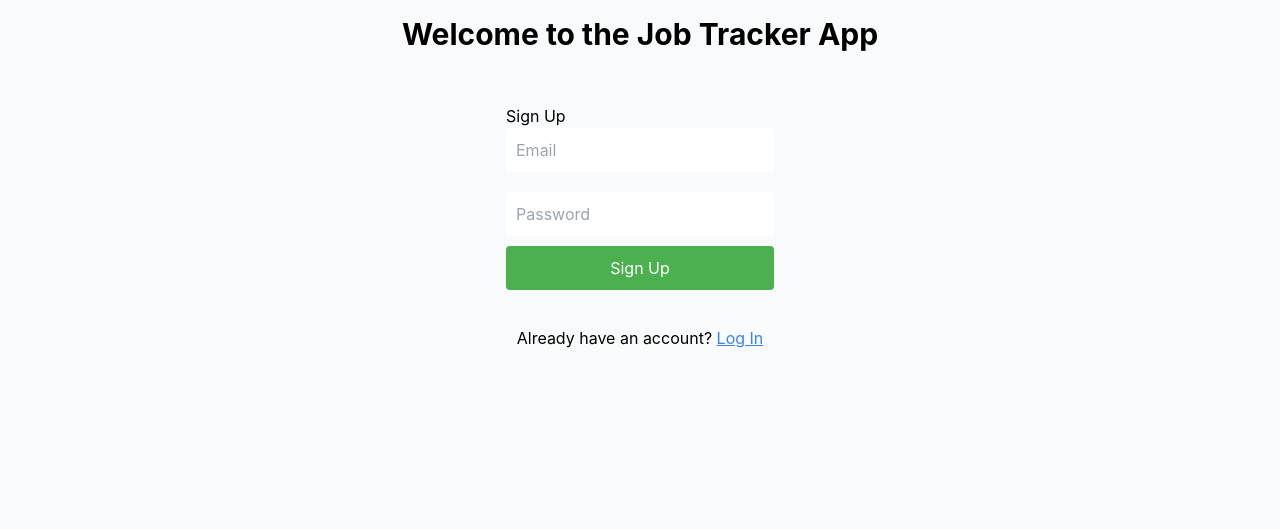
Repository: GowrishankarSMenon/jobTracker
Page: /login (app in job-tracker/client/), after clicking the first element matching `button.text-blue-500`
The author's editor kept a copy of each file at every save. The page is drawn from the files as they stood at one save, then again after the next save.
The browser window is 1280 px wide. The pictures show the whole page.
Some web libraries are served in a nearby version. The project was rebuilt for these pictures with package versions that can differ from the ones it lists, and the page was loaded fresh each time.

Above is the page before, as saved 2024-12-28 15:33:59.

### job-tracker/client/src/index.js
import React from 'react';
import ReactDOM from 'react-dom/client';
import './index.css';
import App from './App';
import reportWebVitals from './reportWebVitals';
import {BrowserRouter} from 'react-router-dom';

const root = ReactDOM.createRoot(document.getElementById('root'));
root.render(
  <BrowserRouter>
  <React.StrictMode>
    <App />
  </React.StrictMode>
  </BrowserRouter>
);

// If you want to start measuring performance in your app, pass a function
// to log results (for example: reportWebVitals(console.log))
// or send to an analytics endpoint. Learn more: https://bit.ly/CRA-vitals
reportWebVitals();

### job-tracker/client/src/App.js
import React, { useState, useEffect } from 'react';
import { useAuth0 } from '@auth0/auth0-react';
import Login from './pages/Login';
import Signup from './pages/Signup';

const Home = ({ user, setUser, setToken }) => {
  const [view, setView] = useState('login'); // Tracks current view: 'login', 'signup', or 'home'
  const { logout } = useAuth0();

  useEffect(() => {
    const token = localStorage.getItem('authToken');
    if (token && !user) {
      setUser({ name: 'John Doe', email: 'john@example.com', picture: '/path-to-avatar' });
      setView('home');
    }
  }, [user, setUser]);

  const handleLogout = () => {
    setUser(null);
    setToken(null);
    localStorage.removeItem('authToken');
    logout({ returnTo: window.location.origin });
    setView('login');
  };

  const renderContent = () => {
    if (view === 'home' && user) {
      return (
        <div className="flex flex-col items-center">
          <p className="text-xl font-semibold">Welcome, {user.name}!</p>
          <img src={user.picture} alt="User Avatar" className="w-24 h-24 rounded-full my-4" />
          <p>Email: {user.email}</p>
          <button
            className="mt-4 px-4 py-2 bg-red-500 text-white rounded hover:bg-red-600"
            onClick={handleLogout}
          >
            Logout
          </button>
        </div>
      );
    }

    if (view === 'login') {
      return (
        <div className="max-w-sm mx-auto">
          <Login setUser={setUser} setToken={setToken} />
          <p className="text-center mt-4">
            Don't have an account?{' '}
            <button
              className="text-blue-500 underline"
              onClick={() => setView('signup')}
            >
              Sign Up
            </button>
          </p>
        </div>
      );
    }

    return (
      <div className="max-w-sm mx-auto">
        <Signup setUser={setUser} setToken={setToken} />
        <p className="text-center mt-4">
          Already have an account?{' '}
          <button
            className="text-blue-500 underline"
            onClick={() => setView('login')}
          >
            Log In
          </button>
        </p>
      </div>
    );
  };

  return (
    <div className="flex flex-col items-center min-h-screen bg-gray-50 p-4">
      <h1 className="text-3xl font-bold mb-8">Welcome to the Job Tracker App</h1>
      {renderContent()}
    </div>
  );
};

export default Home;

### job-tracker/client/src/pages/Login.js
import React, { useState } from 'react';
import axios from 'axios';
import { useNavigate } from 'react-router-dom';

const Login = ({ setUser, setToken }) => {
  const [email, setEmail] = useState('');
  const [password, setPassword] = useState('');
  const [loading, setLoading] = useState(false);
  const [errorMessage, setErrorMessage] = useState('');
  const navigate = useNavigate();

  const handleSubmit = async (e) => {
    e.preventDefault();
    setLoading(true);
    setErrorMessage('');

    try {
      const response = await axios.post('http://localhost:5000/api/auth/login', { email, password });
      setToken(response.data.token);
      setUser(response.data.user);
      localStorage.setItem('authToken', response.data.token);
      navigate('/home');
    } catch (error) {
      setErrorMessage(error.response?.data?.message || 'An unexpected error occurred.');
    } finally {
      setLoading(false);
    }
  };

  return (
    <div className="bg-white p-6 shadow-md rounded-md w-full max-w-md">
      <h2 className="text-2xl font-bold mb-4">Login</h2>
      {errorMessage && <div className="text-red-500 mb-4">{errorMessage}</div>}
      <form onSubmit={handleSubmit}>
        <input
          type="email"
          placeholder="Email"
          value={email}
          onChange={(e) => setEmail(e.target.value)}
          className="block w-full p-2 border border-gray-300 rounded mb-4"
          required
        />
        <input
          type="password"
          placeholder="Password"
          value={password}
          onChange={(e) => setPassword(e.target.value)}
          className="block w-full p-2 border border-gray-300 rounded mb-4"
          required
        />
        <button
          type="submit"
          disabled={loading}
          className={`w-full p-2 rounded text-white ${
            loading ? 'bg-gray-500 cursor-not-allowed' : 'bg-blue-500 hover:bg-blue-600'
          }`}
        >
          {loading ? 'Logging In...' : 'Login'}
        </button>
      </form>
    </div>
  );
};

export default Login;

### job-tracker/client/src/pages/Signup.js
import React, { useState } from 'react';
import axios from 'axios';
import { useNavigate } from 'react-router-dom'; // Import useNavigate for navigation

const Signup = ({ setUser, setToken }) => {
  const [email, setEmail] = useState('');
  const [password, setPassword] = useState('');
  const [loading, setLoading] = useState(false);
  const [errorMessage, setErrorMessage] = useState('');
  const navigate = useNavigate(); // Initialize useNavigate for redirection

  const handleSubmit = async (e) => {
    e.preventDefault();
    setLoading(true);
    setErrorMessage('');

    try {
      const response = await axios.post('http://localhost:5000/api/auth/signup', { email, password });

      // Save user and token in state
      setToken(response.data.token);
      setUser(response.data.user);

      // Store token in localStorage
      localStorage.setItem('authToken', response.data.token);

      // Redirect to /home after successful signup
      navigate('/home');
    } catch (error) {
      console.error('Signup error:', error);

      // Set error message based on response or generic fallback
      if (error.response && error.response.data && error.response.data.message) {
        setErrorMessage(error.response.data.message);
      } else {
        setErrorMessage('An unexpected error occurred. Please try again later.');
      }
    } finally {
      setLoading(false);
    }
  };

  return (
    <div style={{ maxWidth: '400px', margin: '0 auto', padding: '20px' }}>
      <h2>Sign Up</h2>
      {errorMessage && <div style={{ color: 'red', marginBottom: '10px' }}>{errorMessage}</div>}
      <form onSubmit={handleSubmit}>
        <div style={{ marginBottom: '10px' }}>
          <input
            type="email"
            placeholder="Email"
            value={email}
            onChange={(e) => setEmail(e.target.value)}
            required
            style={{ width: '100%', padding: '10px', marginBottom: '10px', borderRadius: '4px' }}
          />
        </div>
        <div style={{ marginBottom: '10px' }}>
          <input
            type="password"
            placeholder="Password"
            value={password}
            onChange={(e) => setPassword(e.target.value)}
            required
            minLength="6"
            style={{ width: '100%', padding: '10px', borderRadius: '4px' }}
          />
        </div>
        <button
          type="submit"
          disabled={loading}
          style={{
            width: '100%',
            padding: '10px',
            backgroundColor: loading ? '#ccc' : '#4CAF50',
            color: 'white',
            borderRadius: '4px',
            cursor: loading ? 'not-allowed' : 'pointer',
          }}
        >
          {loading ? 'Signing Up...' : 'Sign Up'}
        </button>
      </form>
    </div>
  );
};

export default Signup;

Loaded but not shown: job-tracker/client/public/index.html (common file); job-tracker/client/src/index.css (common file); job-tracker/client/src/reportWebVitals.js (common file)

After the next save:
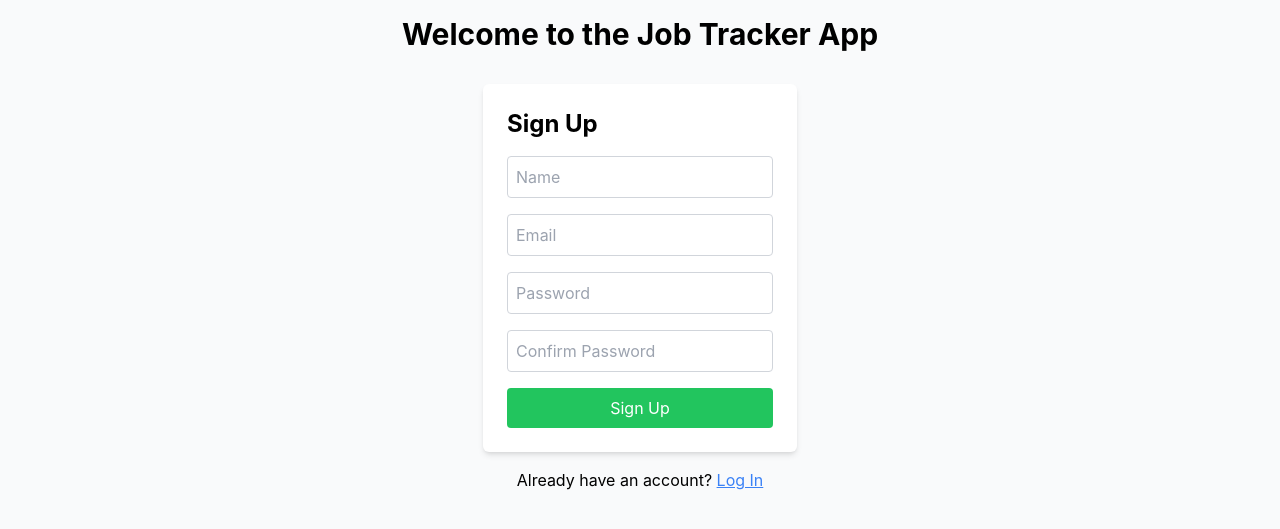
Saved 47 s later.
--- a/job-tracker/client/src/pages/Signup.js
+++ b/job-tracker/client/src/pages/Signup.js
@@ -1,82 +1,86 @@
 import React, { useState } from 'react';
 import axios from 'axios';
-import { useNavigate } from 'react-router-dom'; // Import useNavigate for navigation
+import { useNavigate } from 'react-router-dom';
 
 const Signup = ({ setUser, setToken }) => {
   const [email, setEmail] = useState('');
   const [password, setPassword] = useState('');
+  const [confirmPassword, setConfirmPassword] = useState('');
+  const [name, setName] = useState('');
   const [loading, setLoading] = useState(false);
   const [errorMessage, setErrorMessage] = useState('');
-  const navigate = useNavigate(); // Initialize useNavigate for redirection
+  const navigate = useNavigate();
 
   const handleSubmit = async (e) => {
     e.preventDefault();
+    if (password !== confirmPassword) {
+      setErrorMessage("Passwords don't match!");
+      return;
+    }
+
     setLoading(true);
     setErrorMessage('');
 
     try {
-      const response = await axios.post('http://localhost:5000/api/auth/signup', { email, password });
-
-      // Save user and token in state
+      const response = await axios.post('http://localhost:5000/api/auth/signup', {
+        name,
+        email,
+        password,
+      });
       setToken(response.data.token);
       setUser(response.data.user);
-
-      // Store token in localStorage
       localStorage.setItem('authToken', response.data.token);
-
-      // Redirect to /home after successful signup
       navigate('/home');
     } catch (error) {
-      console.error('Signup error:', error);
-
-      // Set error message based on response or generic fallback
-      if (error.response && error.response.data && error.response.data.message) {
-        setErrorMessage(error.response.data.message);
-      } else {
-        setErrorMessage('An unexpected error occurred. Please try again later.');
-      }
+      setErrorMessage(error.response?.data?.message || 'An unexpected error occurred.');
     } finally {
       setLoading(false);
     }
   };
 
   return (
-    <div style={{ maxWidth: '400px', margin: '0 auto', padding: '20px' }}>
-      <h2>Sign Up</h2>
-      {errorMessage && <div style={{ color: 'red', marginBottom: '10px' }}>{errorMessage}</div>}
+    <div className="bg-white p-6 shadow-md rounded-md w-full max-w-md">
+      <h2 className="text-2xl font-bold mb-4">Sign Up</h2>
+      {errorMessage && <div className="text-red-500 mb-4">{errorMessage}</div>}
       <form onSubmit={handleSubmit}>
-        <div style={{ marginBottom: '10px' }}>
-          <input
-            type="email"
-            placeholder="Email"
-            value={email}
-            onChange={(e) => setEmail(e.target.value)}
-            required
-            style={{ width: '100%', padding: '10px', marginBottom: '10px', borderRadius: '4px' }}
-          />
-        </div>
-        <div style={{ marginBottom: '10px' }}>
-          <input
-            type="password"
-            placeholder="Password"
-            value={password}
-            onChange={(e) => setPassword(e.target.value)}
-            required
-            minLength="6"
-            style={{ width: '100%', padding: '10px', borderRadius: '4px' }}
-          />
-        </div>
+        <input
+          type="text"
+          placeholder="Name"
+          value={name}
+          onChange={(e) => setName(e.target.value)}
+          className="block w-full p-2 border border-gray-300 rounded mb-4"
+          required
+        />
+        <input
+          type="email"
+          placeholder="Email"
+          value={email}
+          onChange={(e) => setEmail(e.target.value)}
+          className="block w-full p-2 border border-gray-300 rounded mb-4"
+          required
+        />
+        <input
+          type="password"
+          placeholder="Password"
+          value={password}
+          onChange={(e) => setPassword(e.target.value)}
+          className="block w-full p-2 border border-gray-300 rounded mb-4"
+          required
+        />
+        <input
+          type="password"
+          placeholder="Confirm Password"
+          value={confirmPassword}
+          onChange={(e) => setConfirmPassword(e.target.value)}
+          className="block w-full p-2 border border-gray-300 rounded mb-4"
+          required
+        />
         <button
           type="submit"
           disabled={loading}
-          style={{
-            width: '100%',
-            padding: '10px',
-            backgroundColor: loading ? '#ccc' : '#4CAF50',
-            color: 'white',
-            borderRadius: '4px',
-            cursor: loading ? 'not-allowed' : 'pointer',
-          }}
+          className={`w-full p-2 rounded text-white ${
+            loading ? 'bg-gray-500 cursor-not-allowed' : 'bg-green-500 hover:bg-green-600'
+          }`}
         >
           {loading ? 'Signing Up...' : 'Sign Up'}
         </button>
